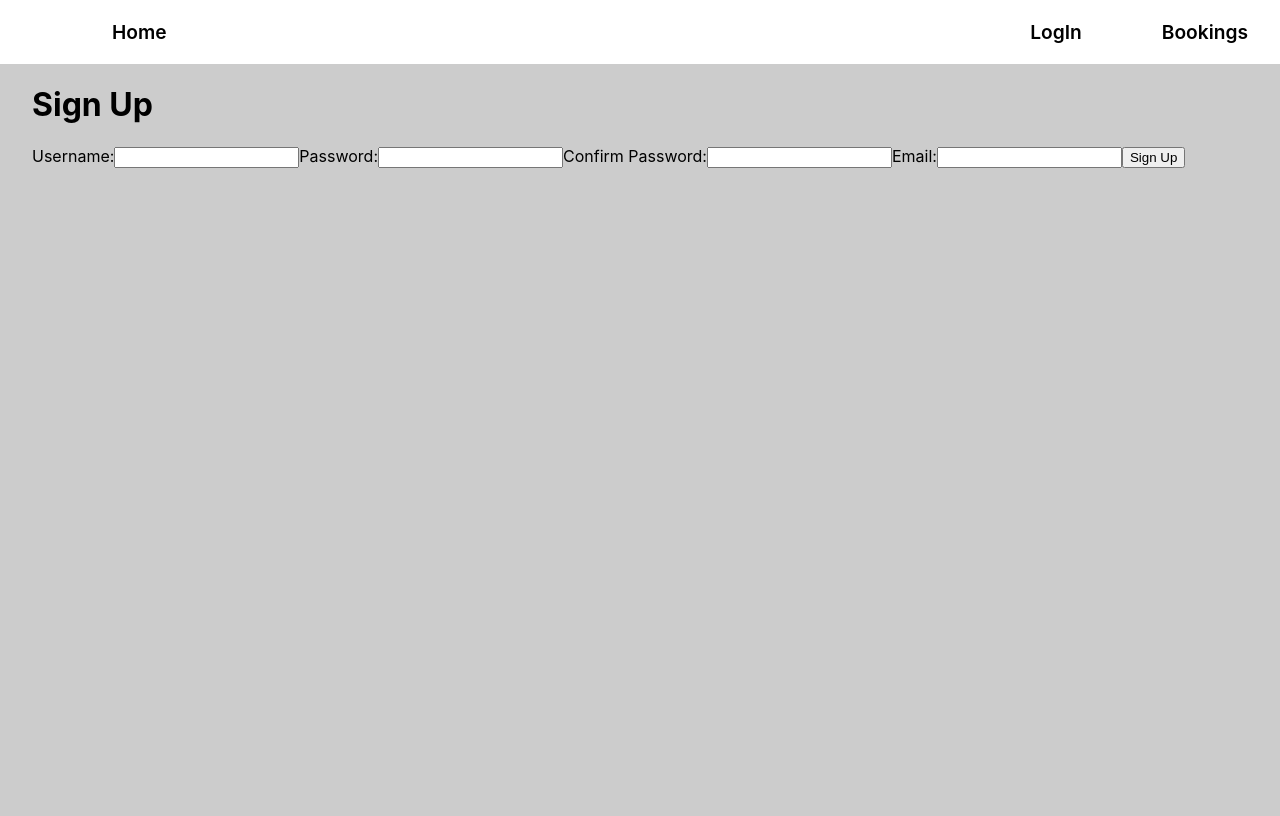
Repository: MikkyPrestige/fake-user-authentication
Page: /signUp
The author's editor kept a copy of each file at every save. The page is drawn from the files as they stood at one save, then again after the next save.
The browser window is 1280 px wide. The pictures show the whole page.
The project was rebuilt for these pictures with package versions that can differ from the ones it lists, and the page was loaded fresh each time. Also part of the build but not shown: src/assets/styles/home.css, src/components/home.jsx, src/assets/styles/booking.css, src/components/booking.jsx, src/components/fallBack.jsx, src/assets/styles/error.css, src/components/error.jsx, src/assets/styles/login.css and 3 more.

Above is the page before, as saved 2022-11-24 18:21:25.

### src/index.css
body {
  margin: 0;
  font-family: -apple-system, BlinkMacSystemFont, 'Segoe UI', 'Roboto', 'Oxygen',
    'Ubuntu', 'Cantarell', 'Fira Sans', 'Droid Sans', 'Helvetica Neue',
    sans-serif;
  -webkit-font-smoothing: antialiased;
  -moz-osx-font-smoothing: grayscale;
  /* background-image: url(./assets/img/pattern_blue-1.jpg);
  background-repeat: no-repeat;
  background-size: cover;
  background-position: center;
  background-attachment: fixed; */
}

code {
  font-family: source-code-pro, Menlo, Monaco, Consolas, 'Courier New',
    monospace;
}

### src/App.jsx
import React from "react";
import { ErrorBoundary } from "react-error-boundary";
import { Route, Routes } from "react-router-dom";
import { Home, Navigation, Booking, FallBack, Error } from "./components";
import { Login, User, Logout, SignUp } from "./profile";
import RequireAuth from "./profile/context/require";
import { AuthProvider } from "./profile/context/auth";

function App() {
  return (
    <div className="App">
      <ErrorBoundary FallbackComponent={FallBack}>
        <Navigation />
        <AuthProvider>
          <Routes>
            <Route path="/" element={<Home />} />
            <Route path="/login">
              <Route index element={<Login />} />
            </Route>
            <Route
              path="/user"
              element={
                <RequireAuth>
                  <User />
                </RequireAuth>
              }
            />
            <Route path="/logout" element={<Logout />} />
            <Route path="/signUp" element={<SignUp />} />
            <Route path="/booking" element={<Booking />} />
            <Route path="*" element={<Error />} />
          </Routes>
        </AuthProvider>
      </ErrorBoundary>
    </div>
  );
}

export default App;

### src/components/index.js
export { default as Navigation } from "./navigation";
export { default as Home } from "./home";
export { default as Booking } from "./booking";
export { default as FallBack } from "./fallBack";
export { default as Error } from "./error";

### src/profile/index.js
export { default as Login } from "./login";
export { default as Logout } from "./logout";
export { default as SignUp } from "./signUp";
export { default as User } from "./user";

### src/profile/context/auth.jsx
// USER AUTHENTICATION CONTEXT
// This context is used to store the user authentication data and provide it to the rest of the application

import React, { createContext, useState, useContext } from "react";

// Create the context
const AuthContext = createContext({
  user: {
    userName: "",
    email: "",
    password: "",
    confirmPassword: "",
  },
});

// Create the provider
const AuthProvider = ({ children }) => {
  // Create the state
  const [user, setUser] = useState({
    userName: "",
    email: "",
    password: "",
    confirmPassword: "",
  });

  // Login the user
  const login = (userName, password) => {
    setUser({
      userName,
      password,
    });
  };

  // Sign up the user
  const signUp = (userName, password, email) => {
    setUser({
      userName,
      password,
      email,
    });
  };

  // Logout the user
  const logout = () => {
    setUser({
      userName: "",
      email: "",
      password: "",
      confirmPassword: "",
    });
  };

  // Return the provider
  return (
    <AuthContext.Provider value={{ user, login, signUp, logout }}>
      {children}
    </AuthContext.Provider>
  );
};

// Create the hook
const useAuth = () => useContext(AuthContext);

// Export the provider and the hook
export { AuthProvider, useAuth };

### src/components/navigation.jsx
// NAVIGATION COMPONENT

import React from "react";
import { NavLink } from "react-router-dom";
import "../assets/styles/navigation.css";

const Navigation = () => {
  return (
    <div className="navigation">
      <nav className="navigation__links">
        <div className="navigation--link">
          <NavLink
            style={({ isActive }) =>
              isActive ? { color: "red" } : { color: "black" }
            }
            to="/"
            className="navigation__link--item"
          >
            Home
          </NavLink>
        </div>
        <div className="navigation__link--wrapper">
          <NavLink
            style={({ isActive }) =>
              isActive ? { color: "red" } : { color: "black" }
            }
            to="/login"
            className="navigation__link--item"
          >
             LogIn
          </NavLink>
          <NavLink
            style={({ isActive }) =>
              isActive ? { color: "red" } : { color: "black" }
            }
            to="/booking"
            className="navigation__link--item"
          >
            Bookings
          </NavLink>
        </div>
      </nav>
    </div>
  );
};

export default Navigation;

### src/profile/logout.jsx
// LOGOUT COMPONENT:
// This component is for the logout page in the app

import { useEffect } from "react";
import { useNavigate } from "react-router-dom";
import { useAuth } from "./context/auth";

const Logout = () => {
  const auth = useAuth();
  const navigate = useNavigate();

  useEffect(() => {
    auth.logout();
    navigate("/login");
  });

  return null;
};

export default Logout;

### src/profile/signUp.jsx
// SIGN UP COMPONENT:
// This component is for the sign up page in the app. it is used to sign up new users to the app

import React, { useState } from "react";
import { useNavigate } from "react-router-dom";
import { useAuth } from "./context/auth";
import "../assets/styles/signUp.css";

const SignUp = () => {
  const [userName, setUserName] = useState("");
  const [password, setPassword] = useState("");
  const [confirmPassword, setConfirmPassword] = useState("");
  const [email, setEmail] = useState("");
  const [error, setError] = useState("");
  const auth = useAuth();
  const navigate = useNavigate();

  // Validate the form
  const validate = () => {
    if (!userName && !password && !email) {
      setError("Please enter a username, password, and email.");
      return false;
    } else if (userName === "") {
      setError("Please enter a username.");
      return false;
    } else if (password === "") {
      setError("Please enter a password.");
      return false;
    } else if (email === "") {
      setError("Please enter an email.");
      return false;
    } else if (password !== confirmPassword) {
      setError("Passwords do not match.");
      return false;
    } else {
      return true;
    }
  };

  // Handle the form sign up
  const handleSignUp = () => {
    if (validate()) {
      auth.signUp(userName, password, email);
      navigate("/user", { replace: true }); // Redirect the user to the login page after they sign up successfully.
    }
  };

  // Handle the form submit
  const handleSubmit = (e) => {
    e.preventDefault();
    console.log(userName, email, password);
    handleSignUp();
  };

  // Handle the form change
  const handleChange = (e) => {
    const { name, value } = e.target;
    if (name === "user") {
      setUserName(value);
    } else if (name === "password") {
      setPassword(value);
    } else if (name === "email") {
      setEmail(value);
    } else if (name === "confirmPassword") {
      setConfirmPassword(value);
    }
  };

  // Return the sign up form
  return (
    <div className="signUp">
      <div className="signUp__container">
      <h1>Sign Up</h1>
      <form className="signUp__form" onSubmit={handleSubmit}>
        <label className="signUp__label" htmlFor="user">
          Username:
        </label>
        <input
          className="signUp__input"
          type="text"
          name="user"
          value={userName}
          onChange={handleChange}
        />
        <label className="signUp__label" htmlFor="password">
          Password:
        </label>
        <input
          className="signUp__input"
          type="password"
          name="password"
          value={password}
          onChange={handleChange}
        />
        <label className="signUp__label" htmlFor="confirmPassword">
          Confirm Password:
        </label>
        <input
          className="signUp__input"
          type="password"
          name="confirmPassword"
          value={confirmPassword}
          onChange={handleChange}
        />
        <label className="signUp__label" htmlFor="email">
          Email:
        </label>
        <input
          className="signUp__input"
          type="email"
          name="email"
          value={email}
          onChange={handleChange}
        />
        <button className="signUp__button" type="submit">
          Sign Up
        </button>
        {error && <div className="error">{error}</div>}
      </form>
      </div>
    </div>
  );
};

export default SignUp;

### src/assets/styles/navigation.css
.navigation {
  background-color: #fff;
  height: 4rem;
  position: fixed;
  top: 0;
  width: 100%;
  z-index: 100;
}

.navigation__links {
  display: flex;
  justify-content: space-between;
  align-items: center;
  height: 100%;
  padding: 0 2rem;
}

.navigation__link--item {
  font-size: 1.2rem;
  font-weight: 600;
  text-decoration: none;
}

.navigation--link {
  margin-left: 5rem;
}

.navigation__link--wrapper {
  display: flex;
  align-items: center;
  gap: 5rem;
}

### src/assets/styles/signUp.css
.signUp {
    background-color: #ccc;
    padding: 2rem;
    margin-top: 2rem;
    height: 100vh;
}

Loaded but not shown: public/index.html (common file); src/index.js (common file)

After the next save:
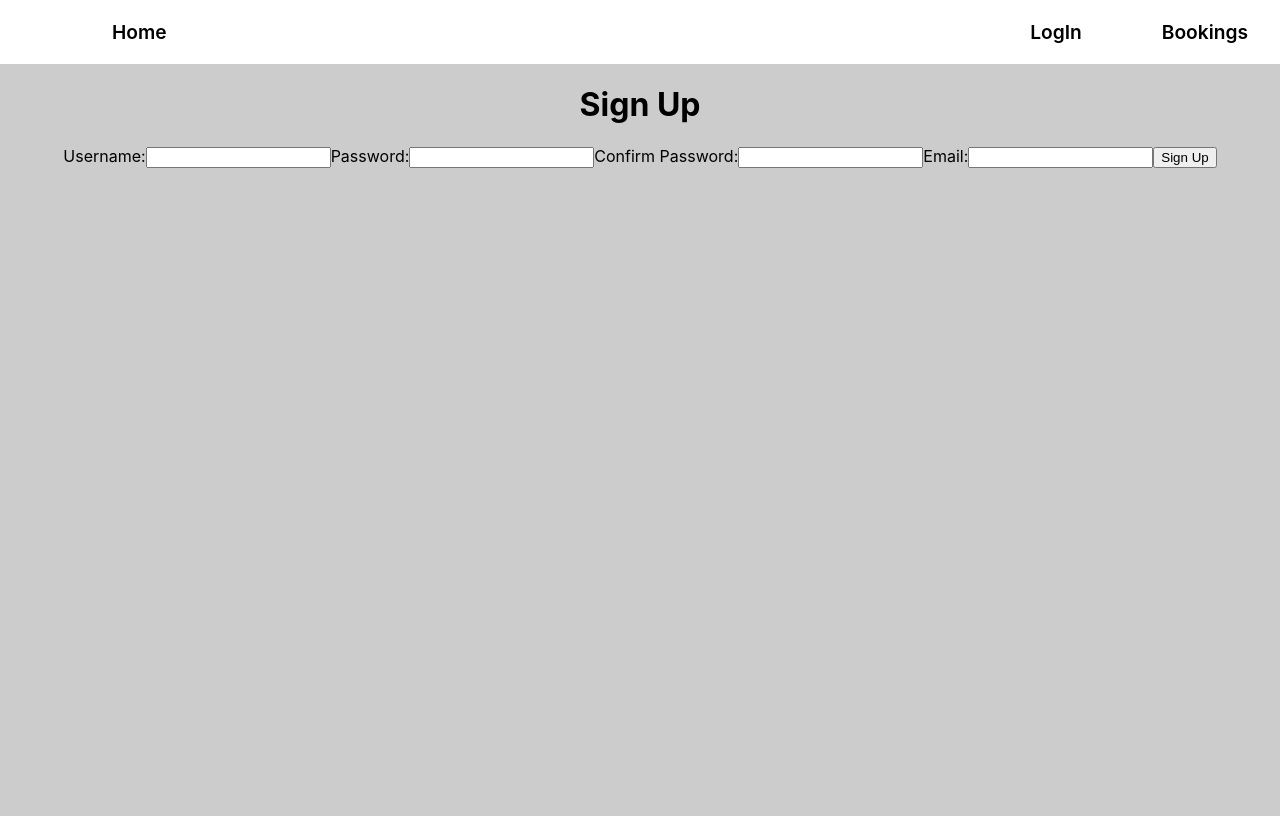
Saved 80 s later.
--- a/src/assets/styles/signUp.css
+++ b/src/assets/styles/signUp.css
@@ -4,3 +4,10 @@
     margin-top: 2rem;
     height: 100vh;
 }
+
+.signUp__container {
+    display: flex;
+    flex-direction: column;
+    justify-content: center;
+    align-items: center;
+}
